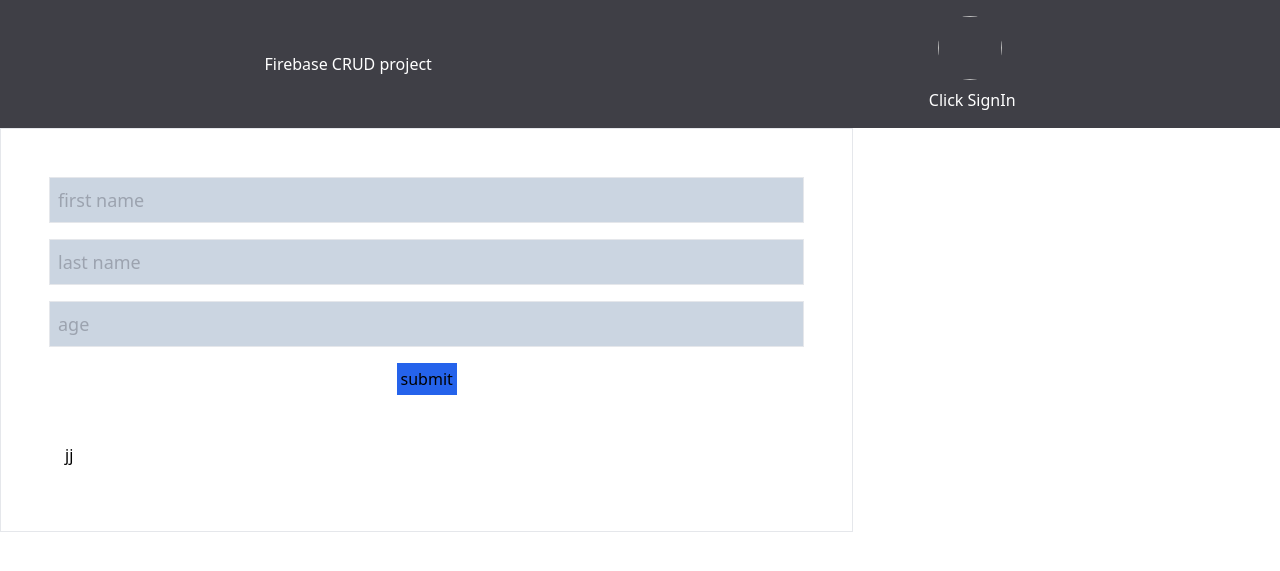
Repository: Semanmernstack/firebase-crud
Page: /
These files come from the project's save history. The page is drawn as it stood at one moment and after the next save; the edit follows.
The browser window is 1280 px wide. The pictures show the whole page.
The page's requests for data from a server got no answer. The project was rebuilt for these pictures with package versions that can differ from the ones it lists, and the page was loaded fresh each time. No one was signed in, and anything a server would have sent is missing. Also part of the build but not shown: src/components/Regform.js.

Above is the page before, as saved 2023-03-17 10:22:22.

### src/index.css
body {
  margin: 0;

}

@tailwind base;
@tailwind components;
@tailwind utilities;

### src/App.js



import Body from "./components/Body";
import Header from "./components/Header";





function App() {

  return (
    <div className="">
      <Header/>
      <Body/>
    </div>
  );
}

export default App;

### src/components/Body.js
import { addDoc, collection, onSnapshot } from 'firebase/firestore';
import React, { useEffect, useState } from 'react'
import { useForm } from 'react-hook-form';
import { db } from '../firebase.';
import Regform from './Regform';

function Body() {
    const [reg, setReg] = useState([])

    useEffect(() =>
        onSnapshot(collection(db, "reg"), (snapshot) => {
            setReg(snapshot.docs.map((doc) => ({ ...doc.data(), id: doc.id })))
        }
        ), []);
    const {
        register,
        handleSubmit,
        formState: { errors },
    } = useForm();
    const onSubmit = async (data) => {
        await addDoc(collection(db, "reg"), {
            ...data
        })

    };


  return (
    <div className="p-8 text-black flex flex-col w-2/3 border ">
        <form className='flex flex-col p-4 gap-4 items-center justify-center text-center' onSubmit={handleSubmit(onSubmit)}>
            <input className="w-full p-2 border outline-none bg-slate-300 text black text-lg "  placeholder='first name'  {...register('firstName')} />
            <input className="w-full p-2 border outline-none bg-slate-300 text black text-lg "  placeholder='last name' {...register('lastName', { required: true })} />
            {errors.lastName && <p>Last name is required.</p>}
            <input className="w-full p-2 border outline-none bg-slate-300 text black text-lg "  placeholder='age' {...register('age', { pattern: /\d+/ })} />
            {errors.age && <p>Please enter number for age.</p>}
            <button className='bg-blue-600 hover:scale-90 ease-out cursor-pointer   p-1' type="submit">submit</button>
        </form>

        <div className='p-8'>
            {reg?.map((r) => (


                <Regform
                    key={r.id}
                    id={r.id}
                    age={r.age}
                    firstName={r.firstName}
                    lastName={r.lastName}

                />

            ))}
            <div>
                <h1>jj</h1>
            </div>

        </div>


    </div>
  )
}

export default Body

### src/components/Header.js


import Login from "./Login"


function Header() {



  return (
    <nav className="flex items-center justify-around bg-zinc-700 text-white p-4">
        <div>
            <h1> Firebase CRUD project</h1>
        </div>
        <Login/>

    </nav>


  )
}

export default Header

### src/firebase..js
import { initializeApp } from "firebase/app";
import { getAuth, GoogleAuthProvider } from "firebase/auth";
import { getFirestore } from "firebase/firestore";
// TODO: Add SDKs for Firebase products that you want to use
// https://firebase.google.com/docs/web/setup#available-libraries

// Your web app's Firebase configuration
const firebaseConfig = {
  apiKey: "AIzaSyBgS0aivKoq6PRjPIzLlCpHxI0D8M1DMtw",
  authDomain: "school-81c7d.firebaseapp.com",
  projectId: "school-81c7d",
  storageBucket: "school-81c7d.appspot.com",
  messagingSenderId: "524069258489",
  appId: "1:524069258489:web:11c09d32a06e9a8b970e28"
};

// Initialize Firebase
const app = initializeApp(firebaseConfig);
const auth = getAuth(app);
const provider = new GoogleAuthProvider();
const db = getFirestore(app)

export { auth, provider, db }

### src/components/Login.js
import { onAuthStateChanged, signInWithPopup } from 'firebase/auth'
import React, { useEffect, useState } from 'react'
import { auth, provider } from '../firebase.'


function Login() {
    const [user, setUser] = useState("")
    useEffect(() => {

        onAuthStateChanged(auth, (user) => {
            console.log(user)
          if (user) {
            setUser(user)
          }
        })

      }, [])





    const signIn = () => {
       try {
            signInWithPopup(auth, provider)
       }
       catch (error) {
            alert(error.message)
       }
    }
  return (
    <div className="flex flex-col items-center gap-2">
        <div className="flex gap-1 items-center">
            <img className='rounded-full h-16 w-16' src={user.photoURL} alt="" />
            <h1>{user?.displayName}</h1>
        </div>
        <div>
            <button onClick={signIn} >Click SignIn</button>
        </div>



    </div>
  )
}

export default Login

Loaded but not shown: public/index.html (common file); src/index.js (common file); src/reportWebVitals.js (common file); tailwind.config.js (common file)

After the next save:
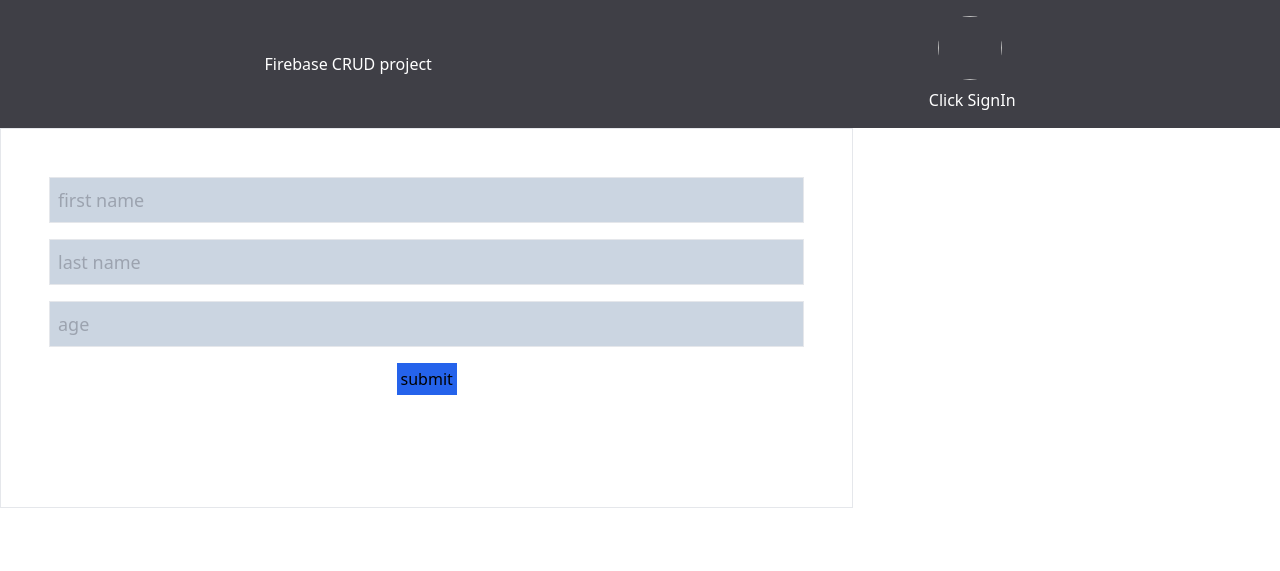
Saved 44 h 22 min later.
--- a/src/components/Body.js
+++ b/src/components/Body.js
@@ -37,21 +37,22 @@ function Body() {
         </form>
 
         <div className='p-8'>
-            {reg?.map((r) => (
+            {reg?.map(({id, age, firstName, lastName}) => (
 
 
                 <Regform
-                    key={r.id}
-                    id={r.id}
-                    age={r.age}
-                    firstName={r.firstName}
-                    lastName={r.lastName}
+                    key={id}
+                    id={id}
+                    age={age}
+                    firstName={firstName}
+                    lastName={lastName}
 
                 />
 
+
             ))}
             <div>
-                <h1>jj</h1>
+
             </div>
 
         </div>
